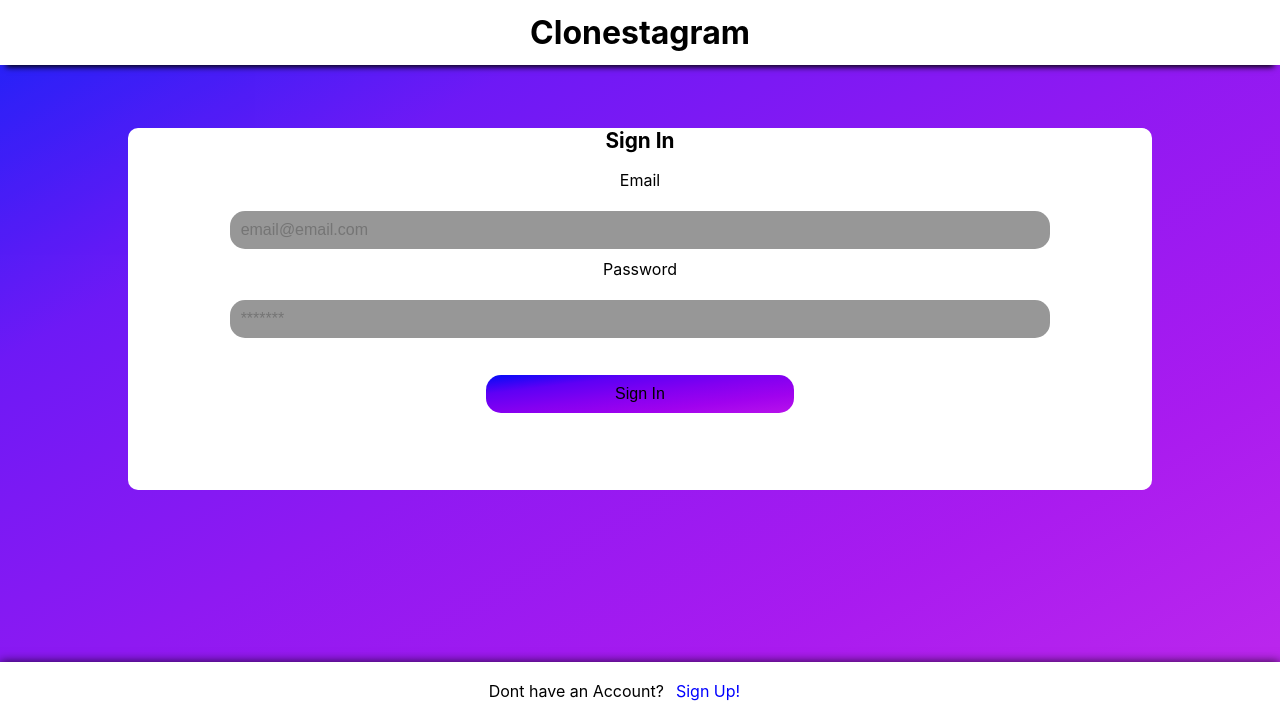
Repository: MikeMoore55/clonestagram
Page: /signin
These files come from the project's save history. The page is drawn as it stood at one moment and after the next save; the edit follows.
The browser window is 1280 px wide. The pictures show the whole page.
The page's requests for data from a server got no answer. The project was rebuilt for these pictures with package versions that can differ from the ones it lists, and the page was loaded fresh each time. The framework's server and built-in components were replaced by stand-ins that run in the browser. No one was signed in, and anything a server would have sent is missing. Also part of the build but not shown: next.config.js.

Above is the page before, as saved 2022-11-18 09:03:01.

After the next save:
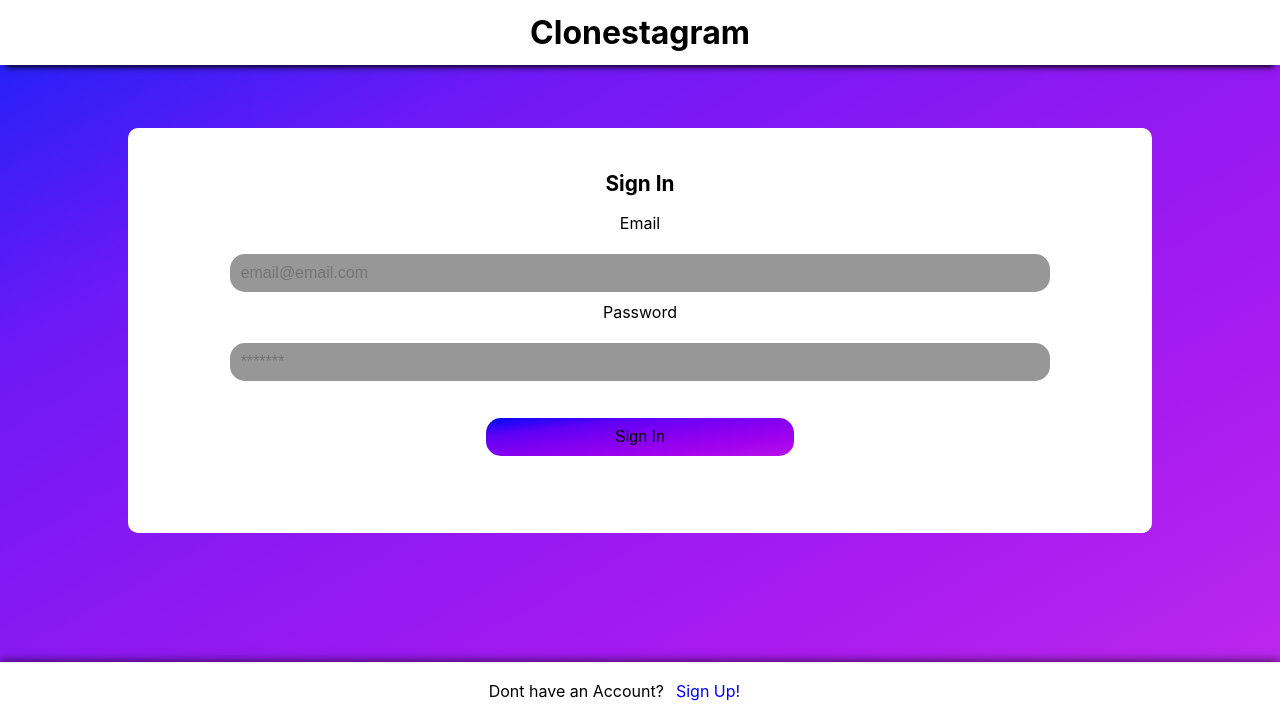
Saved 15 s later.
--- a/styles/SignIn.module.css
+++ b/styles/SignIn.module.css
@@ -154,7 +154,7 @@
     }
 
     .signInForm {
-        padding: 0% 0% 2% 0%;
+        padding: 2% 0% 2% 0%;
         margin: 2% 10% 1% 10%;
     }
 
